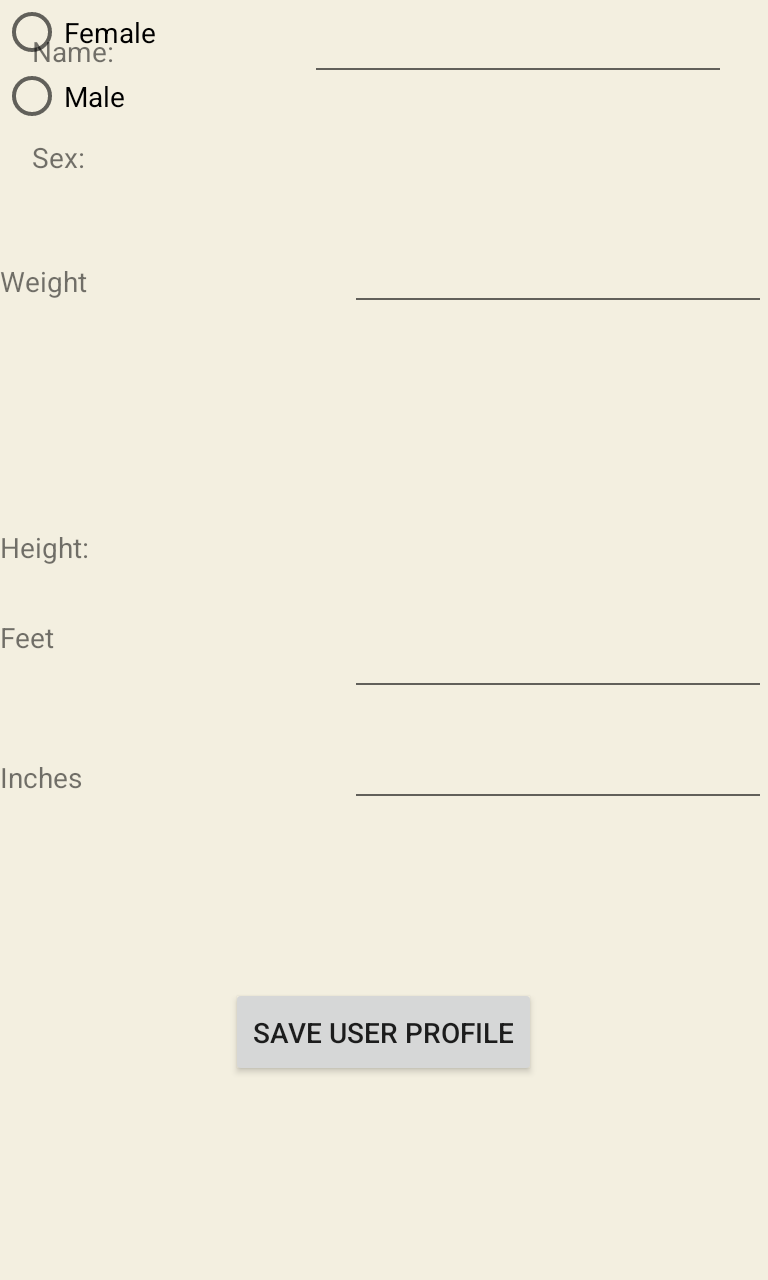
Repository: CS185Wingman/wingman
Layout: Workspace/wingman/res/layout/user_settings.xml
These files come from the project's save history. The layout is drawn as it stood at one moment and after the next save; the edit follows.
It is drawn on a 768 x 1280 px phone screen (xhdpi) without system bars, with theme AppTheme; the app's code is not run.

Above is the layout before, as saved 2014-06-06 05:43:13.

### Workspace/wingman/res/layout/user_settings.xml
<?xml version="1.0" encoding="utf-8"?>
<RelativeLayout xmlns:android="http://schemas.android.com/apk/res/android"
    android:layout_width="wrap_content"
    android:layout_height="wrap_content"
    android:background="@color/offwhite" >

    <TextView
        android:id="@+id/nameLabel"
        android:layout_width="wrap_content"
        android:layout_height="wrap_content"
        android:layout_alignParentLeft="true"
        android:layout_alignParentTop="true"
        android:layout_marginLeft="16dp"
        android:layout_marginTop="16dp"
        android:text="Name:" />

    <EditText
        android:id="@+id/nameField"
        android:layout_width="wrap_content"
        android:layout_height="wrap_content"
        android:layout_alignBaseline="@+id/nameLabel"
        android:layout_alignBottom="@+id/nameLabel"
        android:layout_alignParentRight="true"
        android:layout_marginRight="20dp"
        android:ems="10"
        android:inputType="textPersonName" />

    <TextView
        android:id="@+id/sexLabel"
        android:layout_width="wrap_content"
        android:layout_height="wrap_content"
        android:layout_alignLeft="@+id/nameLabel"
        android:layout_below="@+id/nameField"
        android:layout_marginTop="26dp"
        android:text="Sex:" />

    <RadioGroup
        android:layout_width="fill_parent"
        android:layout_height="wrap_content"
        android:orientation="vertical" >

        <RadioButton
            android:id="@+id/femaleButton"
            android:layout_width="wrap_content"
            android:layout_height="wrap_content"
            android:layout_below="@+id/sexLabel"
            android:layout_centerHorizontal="true"
            android:text="Female" />

        <RadioButton
            android:id="@+id/maleButton"
            android:layout_width="wrap_content"
            android:layout_height="wrap_content"
            android:layout_above="@+id/femaleButton"
            android:layout_centerHorizontal="true"
            android:text="Male" />
    </RadioGroup>

    <TextView
        android:id="@+id/inchesLabel"
        android:layout_width="wrap_content"
        android:layout_height="wrap_content"
        android:layout_alignBaseline="@+id/inchesField"
        android:layout_alignBottom="@+id/inchesField"
        android:layout_alignLeft="@+id/feetLabel"
        android:text="Inches" />

    <TextView
        android:id="@+id/weightLabel"
        android:layout_width="wrap_content"
        android:layout_height="wrap_content"
        android:layout_alignParentLeft="true"
        android:layout_below="@+id/sexLabel"
        android:layout_marginTop="43dp"
        android:text="Weight" />

    <EditText
        android:id="@+id/weightField"
        android:layout_width="wrap_content"
        android:layout_height="wrap_content"
        android:layout_alignBaseline="@+id/weightLabel"
        android:layout_alignBottom="@+id/weightLabel"
        android:layout_alignParentRight="true"
        android:ems="10"
        android:inputType="number" >
        />
    </EditText>

    <TextView
        android:id="@+id/feetLabel"
        android:layout_width="wrap_content"
        android:layout_height="wrap_content"
        android:layout_alignParentLeft="true"
        android:layout_alignTop="@+id/heightField"
        android:text="Feet" />

    <EditText
        android:id="@+id/inchesField"
        android:layout_width="wrap_content"
        android:layout_height="wrap_content"
        android:layout_above="@+id/saveSettingsButton"
        android:layout_alignParentRight="true"
        android:layout_marginBottom="86dp"
        android:ems="10"
        android:inputType="number" />

    <EditText
        android:id="@+id/heightField"
        android:layout_width="wrap_content"
        android:layout_height="wrap_content"
        android:layout_above="@+id/inchesField"
        android:layout_alignParentRight="true"
        android:layout_marginBottom="14dp"
        android:ems="10"
        android:inputType="number" />

    <TextView
        android:id="@+id/heightLabel"
        android:layout_width="wrap_content"
        android:layout_height="wrap_content"
        android:layout_above="@+id/feetLabel"
        android:layout_alignParentLeft="true"
        android:layout_marginBottom="26dp"
        android:text="Height:" />

    <Button
        android:id="@+id/saveSettingsButton"
        android:layout_width="wrap_content"
        android:layout_height="wrap_content"
        android:layout_alignParentBottom="true"
        android:layout_centerHorizontal="true"
        android:layout_marginBottom="100dp"
        android:onClick="saveUserSettings"
        android:text="Save User Profile" />

</RelativeLayout>

### Workspace/wingman/res/values/colors.xml
<?xml version="1.0" encoding="utf-8"?>
<resources>
    <color name="red">#ff0000</color>
    <color name="green">#00ff00</color>
    <color name="orange">#ff6600</color>
    <color name="blue">#0066FF</color>
    <color name="grey">#696969</color>
    <color name="teal">#217c7e</color>
    <color name="offwhite">#f3efe0</color>
    <color name="lightblue">#3399ff</color>
    <color name="darkred">#9a3334</color>
    <color name="white">#ffffff</color>
</resources>

Loaded but not shown: Workspace/wingman/res/values/styles.xml (common file); Workspace/wingman/res/values-v11/styles.xml (common file); Workspace/wingman/res/values-v14/styles.xml (common file)

After the next save:
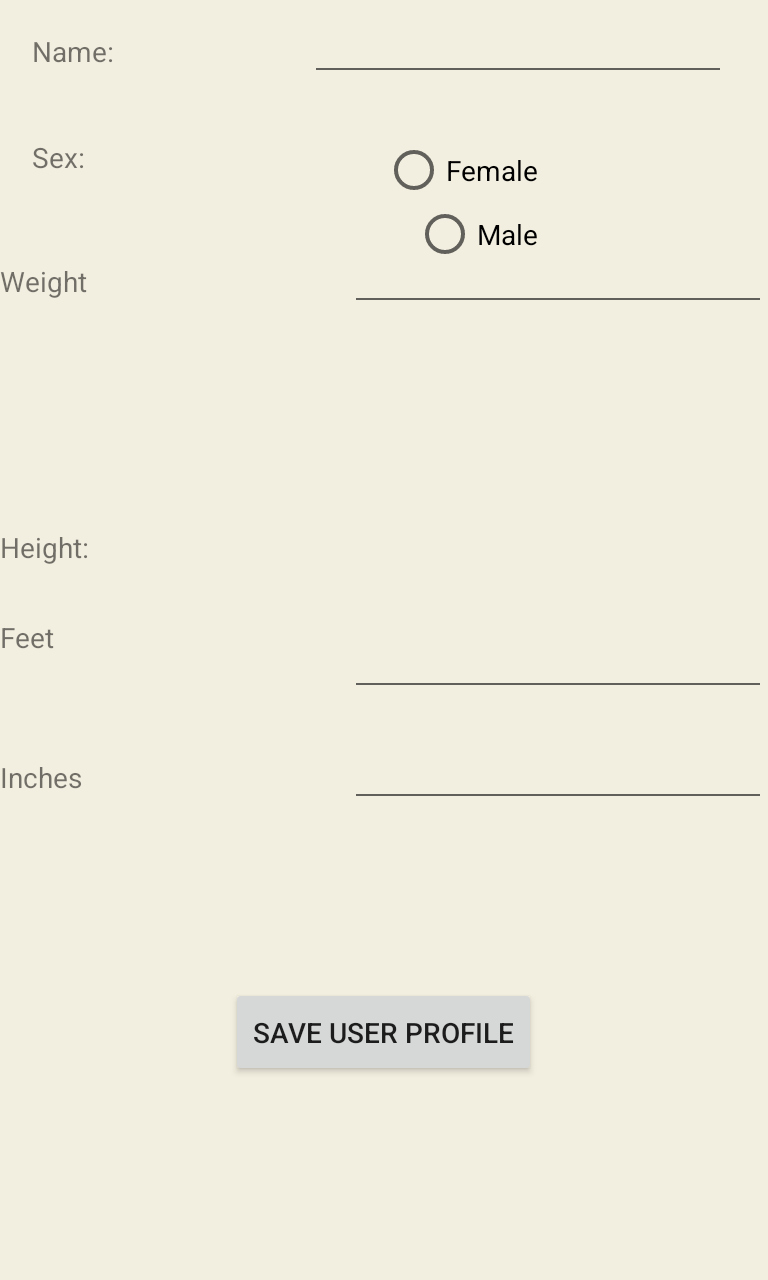
Saved 70 s later.
--- a/Workspace/wingman/res/layout/user_settings.xml
+++ b/Workspace/wingman/res/layout/user_settings.xml
@@ -38,22 +38,6 @@
         android:layout_width="fill_parent"
         android:layout_height="wrap_content"
         android:orientation="vertical" >
-
-        <RadioButton
-            android:id="@+id/femaleButton"
-            android:layout_width="wrap_content"
-            android:layout_height="wrap_content"
-            android:layout_below="@+id/sexLabel"
-            android:layout_centerHorizontal="true"
-            android:text="Female" />
-
-        <RadioButton
-            android:id="@+id/maleButton"
-            android:layout_width="wrap_content"
-            android:layout_height="wrap_content"
-            android:layout_above="@+id/femaleButton"
-            android:layout_centerHorizontal="true"
-            android:text="Male" />
     </RadioGroup>
 
     <TextView
@@ -133,4 +117,20 @@
         android:onClick="saveUserSettings"
         android:text="Save User Profile" />
 
+    <RadioButton
+        android:id="@+id/femaleButton"
+        android:layout_width="wrap_content"
+        android:layout_height="wrap_content"
+        android:layout_alignRight="@+id/saveSettingsButton"
+        android:layout_alignTop="@+id/sexLabel"
+        android:text="Female" />
+
+    <RadioButton
+        android:id="@+id/maleButton"
+        android:layout_width="wrap_content"
+        android:layout_height="wrap_content"
+        android:layout_alignRight="@+id/saveSettingsButton"
+        android:layout_below="@+id/femaleButton"
+        android:text="Male" />
+
 </RelativeLayout>
